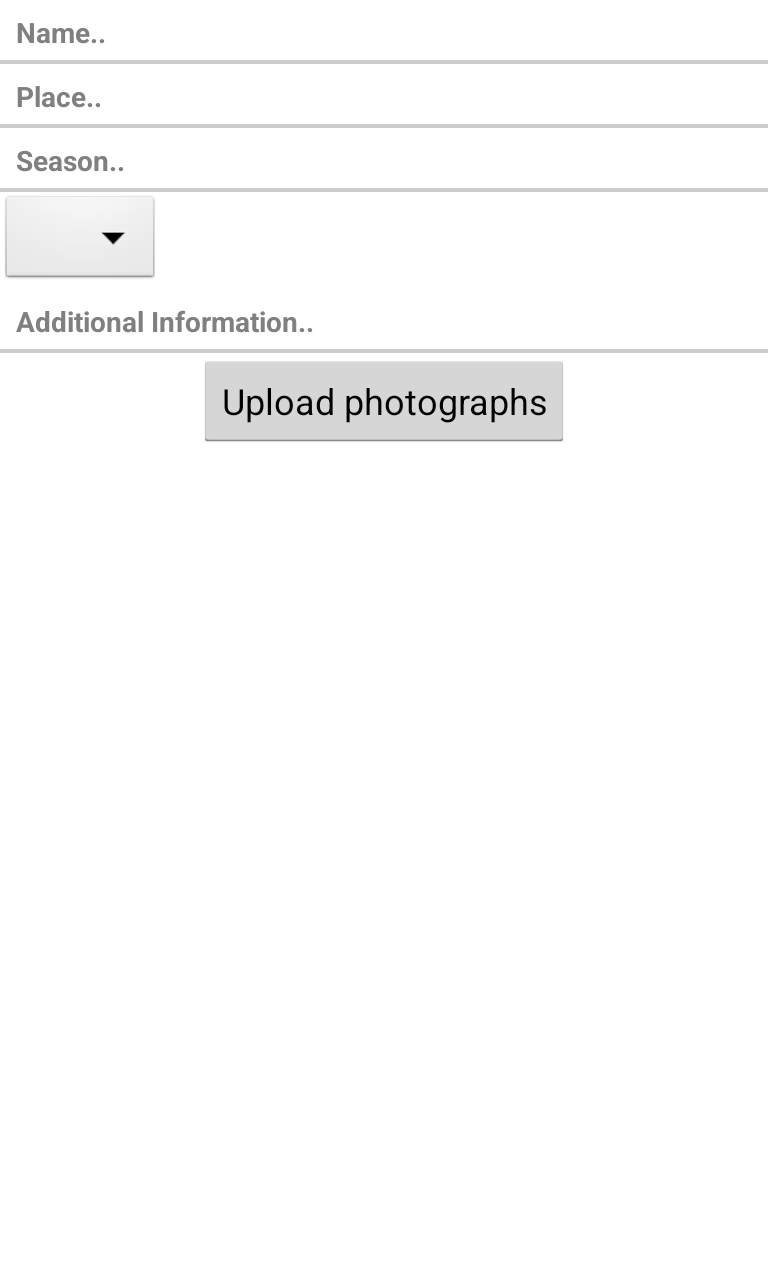
Repository: sandeshshetty/TravelZeus
Layout: TravelZeus/res/layout/fragment_insert_info.xml
The author's editor kept a copy of each file at every save. The layout is drawn from the files as they stood at one save, then again after the next save.
It is drawn on a 768 x 1280 px phone screen (xhdpi) without system bars, with theme AppTheme; the app's code is not run.

Above is the layout before, as saved 2015-05-16 23:25:20.

After the next save:
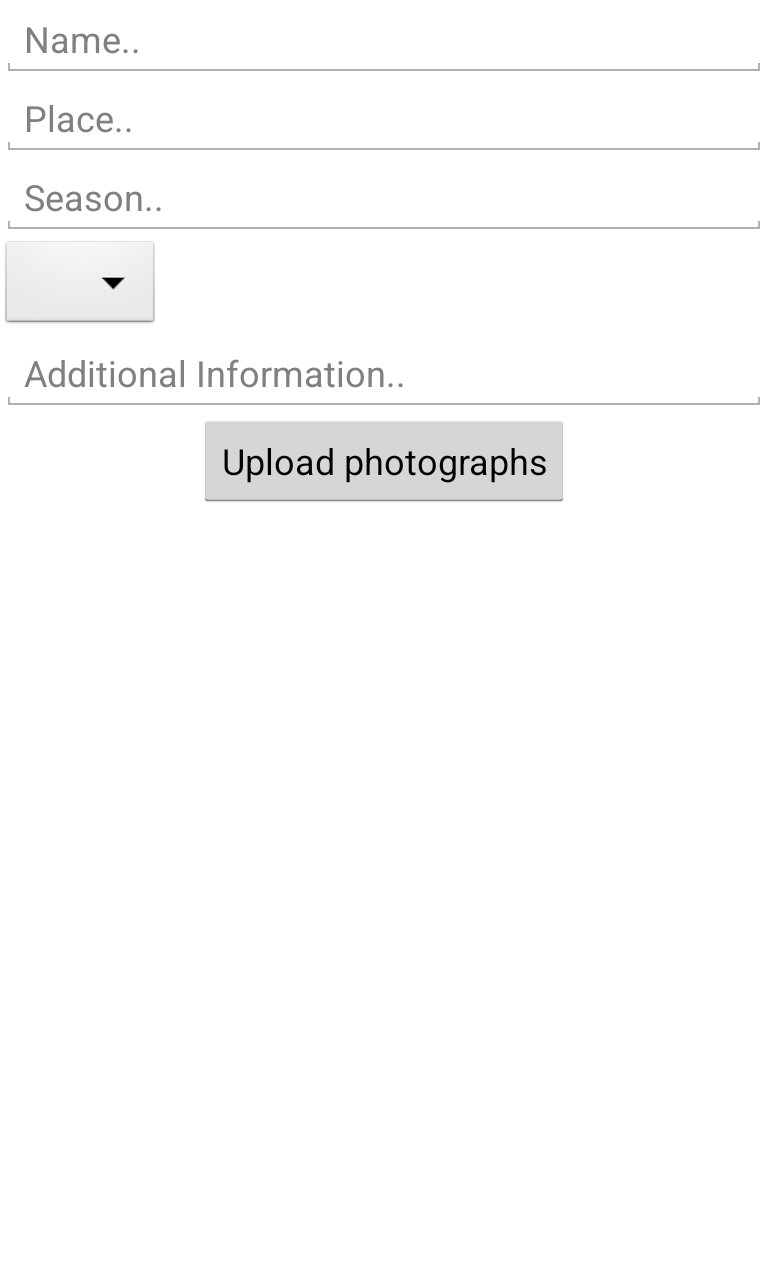
Saved 7 min 47 s later.
--- a/TravelZeus/res/layout/fragment_insert_info.xml
+++ b/TravelZeus/res/layout/fragment_insert_info.xml
@@ -9,21 +9,21 @@
         android:layout_height="wrap_content"
     	android:layout_width="match_parent"
     	android:hint="Name.."
-    	style="?android:listSeparatorTextViewStyle" />
+    	 />
 
     <EditText
         android:id="@+id/userInputPlace"
         android:layout_height="wrap_content"
     	android:layout_width="match_parent"
     	android:hint="Place.."
-    	style="?android:listSeparatorTextViewStyle" />
+    	 />
 
     <EditText
         android:id="@+id/userInputSeason"
         android:layout_height="wrap_content"
     	android:layout_width="match_parent"
     	android:hint="Season.."
-    	style="?android:listSeparatorTextViewStyle" />
+    	 />
 
    <Spinner
        android:id="@+id/userInput"
@@ -38,7 +38,7 @@
         android:layout_height="wrap_content"
     	android:layout_width="match_parent"
     	android:hint="Additional Information.."
-    	style="?android:listSeparatorTextViewStyle" />
+    	 />
 
      <Button
         android:id="@+id/userImageUpload"
